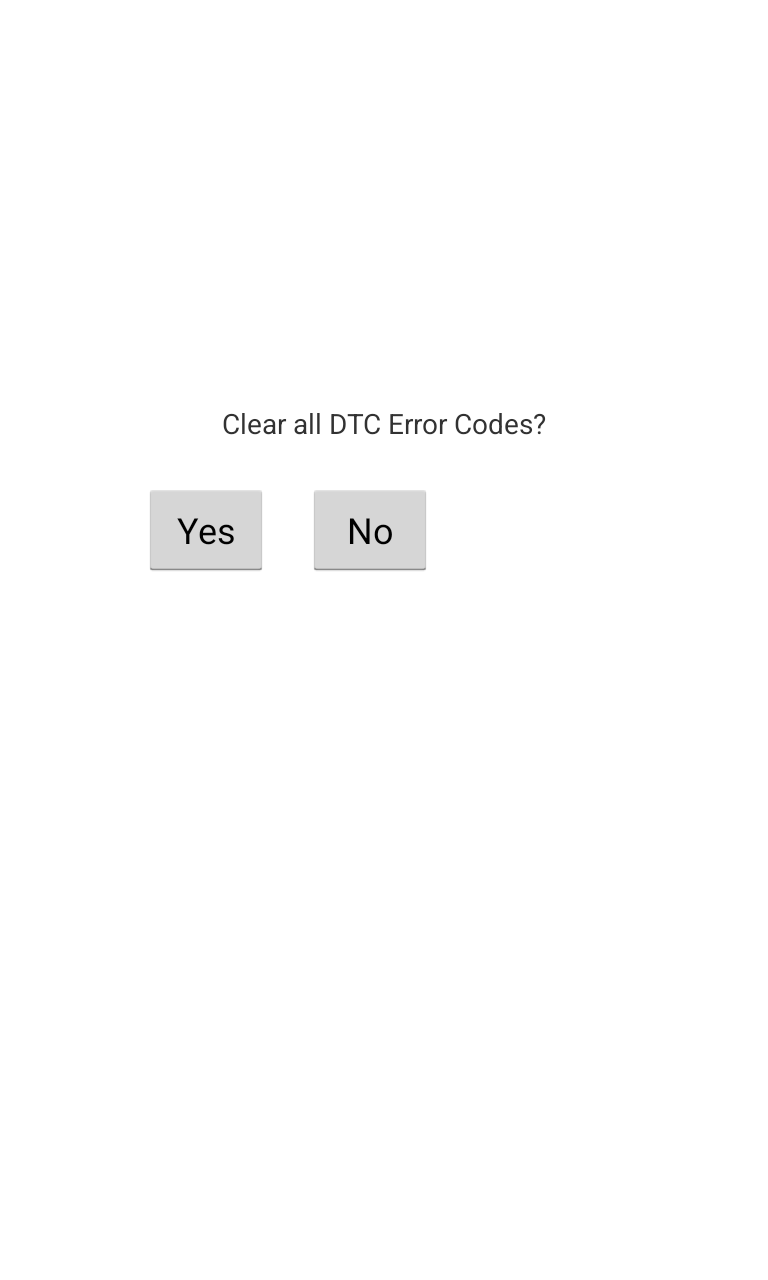
Repository: raul09/Overdrive
Layout: workspace/AutoPerformanceAnalyzer/res/layout/activity_clear_code.xml
The author's editor kept a copy of each file at every save. The layout is drawn from the files as they stood at one save, then again after the next save.
It is drawn on a 768 x 1280 px phone screen (xhdpi) without system bars, with theme AppTheme; the app's code is not run.

Above is the layout before, as saved 2013-10-01 22:33:43.

### workspace/AutoPerformanceAnalyzer/res/layout/activity_clear_code.xml
<RelativeLayout xmlns:android="http://schemas.android.com/apk/res/android"
    xmlns:tools="http://schemas.android.com/tools"
    android:layout_width="match_parent"
    android:layout_height="match_parent"
    android:paddingBottom="@dimen/activity_vertical_margin"
    android:paddingLeft="@dimen/activity_horizontal_margin"
    android:paddingRight="@dimen/activity_horizontal_margin"
    android:paddingTop="@dimen/activity_vertical_margin"
    tools:context=".ClearCode" >

    <TextView
        android:id="@+id/textView1"
        android:layout_width="wrap_content"
        android:layout_height="wrap_content"
        android:layout_alignParentTop="true"
        android:layout_centerHorizontal="true"
        android:layout_marginTop="186dp"
        android:text="@string/clearAll" />

    <Button
        android:id="@+id/yes"
        android:layout_width="wrap_content"
        android:layout_height="wrap_content"
        android:layout_alignParentLeft="true"
        android:layout_below="@+id/textView1"
        android:layout_marginLeft="55dp"
        android:layout_marginTop="20dp"
        android:text="@string/yes" />

    <Button
        android:id="@+id/no"
        android:layout_width="wrap_content"
        android:layout_height="wrap_content"
        android:layout_alignBaseline="@+id/yes"
        android:layout_alignBottom="@+id/yes"
        android:layout_marginLeft="18dp"
        android:layout_toRightOf="@+id/yes"
        android:text="@string/no" />

</RelativeLayout>

### workspace/AutoPerformanceAnalyzer/res/values/strings.xml
<?xml version="1.0" encoding="utf-8"?>
<resources>

    <string name="app_name">Auto Performance Analyzer</string>
    <string name="action_settings">Settings</string>
    <string name="hello_world">Hello world!</string>
    <string name="History">History</string>
    <string name="Next">Next</string>
    <string name="Monitor">Monitor</string>
    <string name="CheckErrors">Check Errors</string>
    <string name="rpms">RPMS</string>
    <string name="mph">MPH</string>
    <string name="Back">Back</string>
    <string name="Run">Run</string>
    <string name="yes">Yes</string>
    <string name="no">No</string>
    <string name="DTC1">Error#1</string>
    <string name="DTC2">Error#2</string>
    <string name="DTC3">Error#3</string>
    <string name="Clear">Clear</string>
    <string name="clearAll">Clear all DTC Error Codes?</string>
    <string name="voltage">Battery Voltage</string>
    <string name="tirePressure">Tire Pressure</string>
    <string name="oilPressure">Oil Pressure</string>

    <string-array name="Make">
        <item>Ford</item>
        <item>Toyota</item>
        <item>Honda</item>
    </string-array>
    <string-array name="Model">
        <item>Mustang</item>
        <item>F150</item>
        <item>350-Z</item>
    </string-array>
    <string-array name="Year">
        <item>2013</item>
        <item>2012</item>
        <item>2011</item>
        <item>2010</item>
        <item>2009</item>
        <item>2008</item>
    </string-array>

    <string name="title_activity_display_mode">DisplayModeActivity</string>
    <string name="title_activity_run">Run</string>
    <string name="title_activity_check_error">CheckError</string>
    <string name="title_activity_clear_code">ClearCode</string>

</resources>

Loaded but not shown: workspace/AutoPerformanceAnalyzer/res/values/styles.xml (common file); workspace/AutoPerformanceAnalyzer/res/values-v11/styles.xml (common file); workspace/AutoPerformanceAnalyzer/res/values-v14/styles.xml (common file); workspace/AutoPerformanceAnalyzer/res/values/dimens.xml (common file)

After the next save:
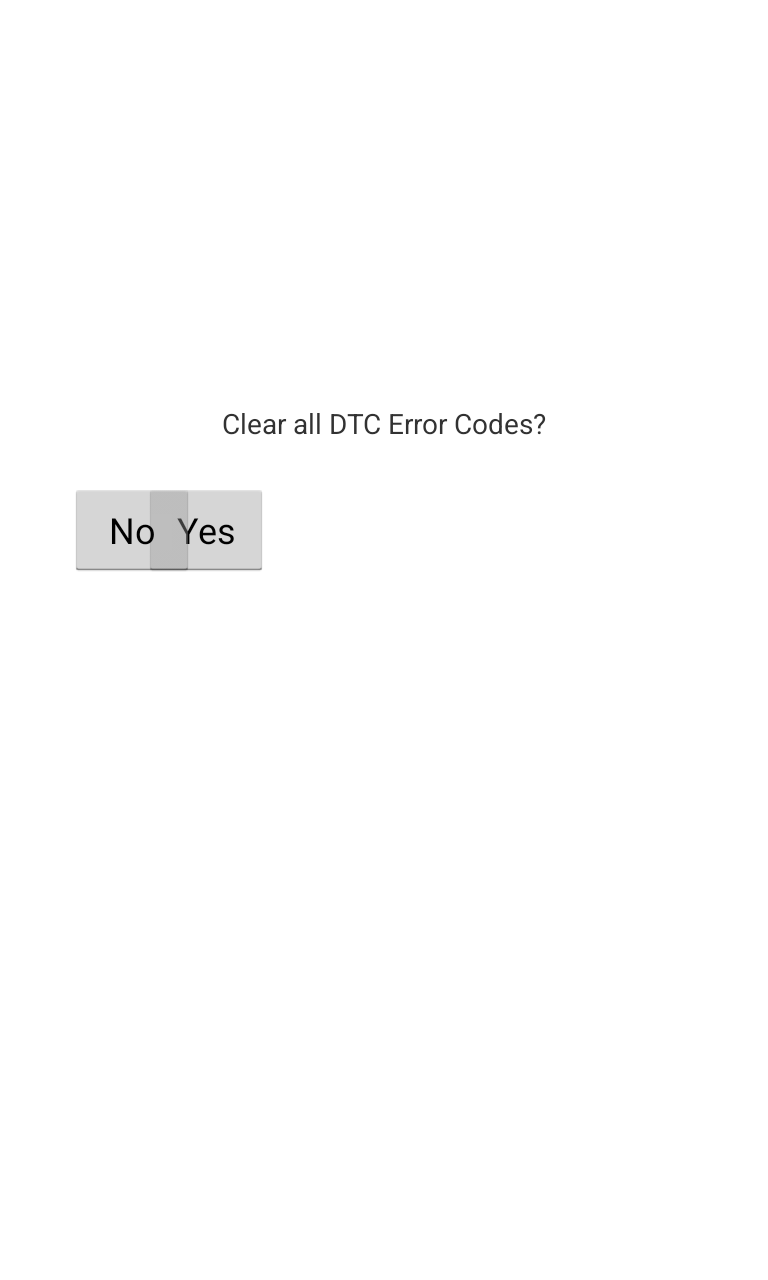
Saved 99 s later.
--- a/workspace/AutoPerformanceAnalyzer/res/layout/activity_clear_code.xml
+++ b/workspace/AutoPerformanceAnalyzer/res/layout/activity_clear_code.xml
@@ -34,7 +34,7 @@
         android:layout_alignBaseline="@+id/yes"
         android:layout_alignBottom="@+id/yes"
         android:layout_marginLeft="18dp"
-        android:layout_toRightOf="@+id/yes"
+        android:layout_toRightOf="@+id/clearAll"
         android:text="@string/no" />
 
 </RelativeLayout>
